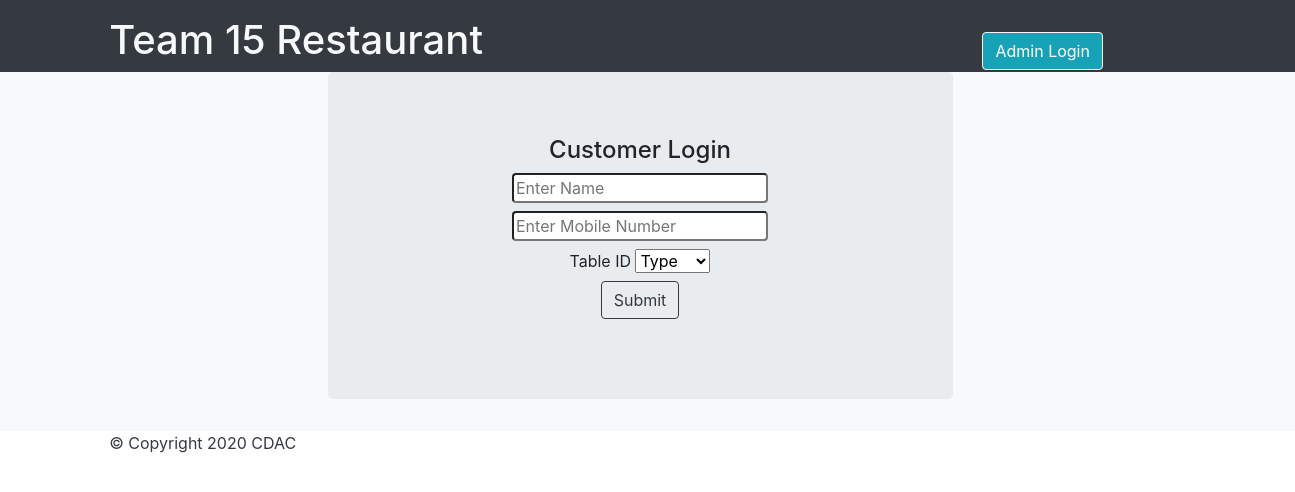
Repository: Pedaxx-IT-solution/E-Waiter-Stuff-
Page: http://localhost/ProjectEwaiter/WEB-INF/views/index.jsp
The author's editor kept a copy of each file at every save. The page is drawn from the files as they stood at one save, then again after the next save.
The browser window is 1280 px wide. The page is 1295 px wide, so the pictures cover 1295 px, including what lies to the right of the window. The pictures show the whole page.
The page is served by Tomcat 9. Nobody is signed in. Other server files are loaded and not shown. The template is opened directly, without the code that normally fills it, so the values that code supplies are empty.

Above is the page before, as saved 2020-01-23 19:11:26.
Console error: SyntaxError: Unexpected token ')'

### MyProject/ProjectEwaiter/src/main/webapp/WEB-INF/views/index.jsp
<%@ page language="java" contentType="text/html; charset=ISO-8859-1"
	pageEncoding="ISO-8859-1"%>
<!DOCTYPE html>
<html>
<head>
<meta charset="ISO-8859-1">
<title>Customer Login Page</title>
<script>
function validateForm() {
  var x = document.forms["myForm"]["fname"].value;
  if (x == "") {
    alert("Name must be filled out");
    return false;
  }
}
</script>
<link
	href="https://stackpath.bootstrapcdn.com/bootstrap/4.4.1/css/bootstrap.min.css"
	rel="stylesheet"
	integrity="sha384-Vkoo8x4CGsO3+Hhxv8T/Q5PaXtkKtu6ug5TOeNV6gBiFeWPGFN9MuhOf23Q9Ifjh"
	crossorigin="anonymous">


<script>
     function Project()
	{
		var Name = document.forms["myForm"]["name"];
		var TableID = document.forms["myForm"]["table_id"];
		var MobileNo = document.forms["myForm"]["mobile_no"];


		if(Name.value == "" && Name.value == )
		{
			window.alert("Please enter your name.");
			Name.focus();
			return false;
		}

		if(TableID.value == "0")
		{
			window.alert("Please enter Table No.");
			TableID.focus();
			return false;
		}

		if(MobileNo.value == "" && MobileNo.value != [0-9])
		{
			window.alert("Please enter your Mobile No.");
			MobileNo.focus();
			return false;
		}


	}
</script>
</head>
<body>
	<div class="container-flud  ">

		<div class="row bg-dark pt-3">
				<div class="col-1 "></div>
				<div class="col-8  text-light ">
					<h1>Team 15 Restaurant</h1>
				</div>
				<div class="col-3 txt-light pt-3">
						<a href="/user/" class="btn btn-info border-light" role="button">Admin Login</a>
				</div>
		</div>

		<div class="row bg-light">
			<div class="col-3"></div>
			<div class="col-6" align="center">
				<div class="jumbotron">
					<h4>Customer Login </h4>
					<form action="custLogin" name="myForm" onsubmit="return Project()"  method="post">
						<input type="text" class="mb-2 rounded" name="name"  placeholder="Enter Name"><br>
						<input type="text" class="mb-2 rounded" name="mobile_no" placeholder="Enter Mobile Number" ><br>
												<p>
							Table ID <select class="mb-2"
								name="table_id">
								<option value="0">Type</option>
								<option value="1">Table 1</option>
								<option value="2">table 2</option>
								<option value="3">table 3</option>
								<option value="4">table 4</option>
								<option value="5">table 5</option>
							</select> <br>

						<input type="submit" class="btn rounded text-dark border-dark" value="Submit"><br>

				</div>
			</div>
			<div class="col-3"></div>
		</div>

		<div class="row ">
			<div class="col-1 "></div>
			<div class="col-11 text-dark ">
				<footer>&copy; Copyright 2020 CDAC</footer>
			</div>
		</div>
	</div>

</body>
</html>

After the next save:
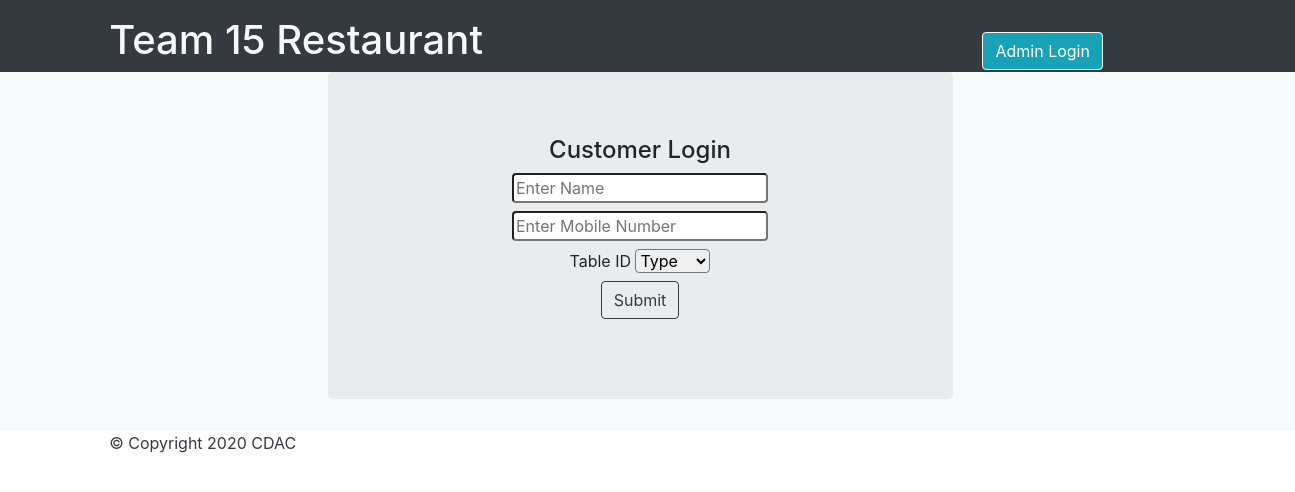
Saved 28 s later.
--- a/MyProject/ProjectEwaiter/src/main/webapp/WEB-INF/views/index.jsp
+++ b/MyProject/ProjectEwaiter/src/main/webapp/WEB-INF/views/index.jsp
@@ -76,7 +76,7 @@ function validateForm() {
 						<input type="text" class="mb-2 rounded" name="name"  placeholder="Enter Name"><br>
 						<input type="text" class="mb-2 rounded" name="mobile_no" placeholder="Enter Mobile Number" ><br>
 												<p>
-							Table ID <select class="mb-2"
+							Table ID <select class="rounded mb-2"
 								name="table_id">
 								<option value="0">Type</option>
 								<option value="1">Table 1</option>
